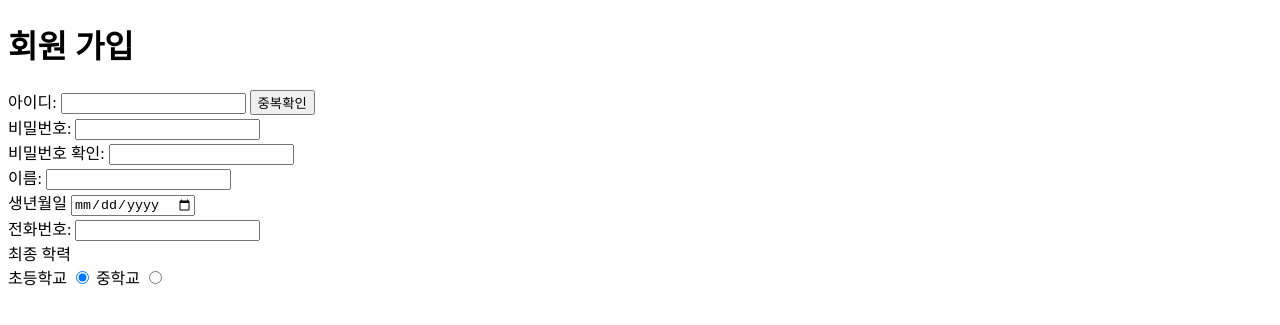
Repository: Chojaejun/javastudy
Page: HelloWorld/WebContent/Test2.html
An editor plug-in stored every save of this project. The page is shown before and after the next save, followed by the edit.
The browser window is 1280 px wide. The pictures show the whole page.

Above is the page before, as saved 2020-12-07 00:53:15.

After the next save:
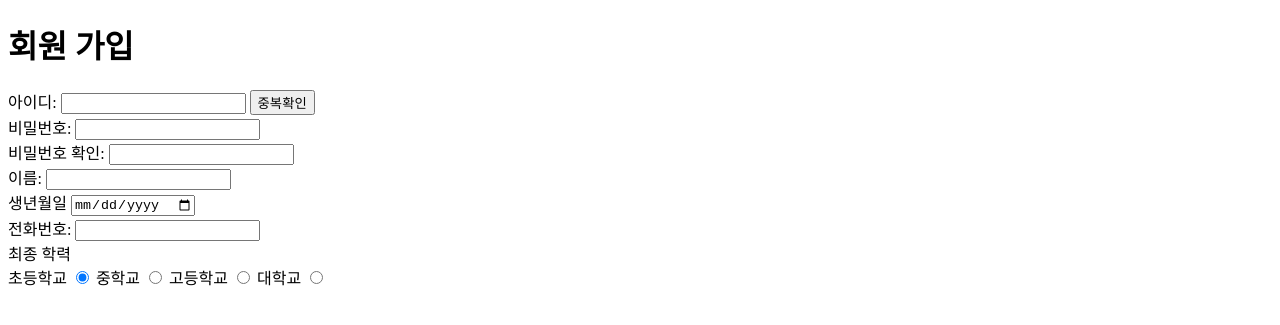
Saved 64 s later.
--- a/HelloWorld/WebContent/Test2.html
+++ b/HelloWorld/WebContent/Test2.html
@@ -31,6 +31,10 @@
 <input id="es" type="radio" name="es" checked="checked">
 <label for="ms">중학교</label>
 <input id="ms" type="radio" name="ms">
+<label for="hs">고등학교</label>
+<input id="hs" type="radio" name="hs">
+<label for="us">대학교</label>
+<input id="us" type="radio" name="us">
 
 
 
